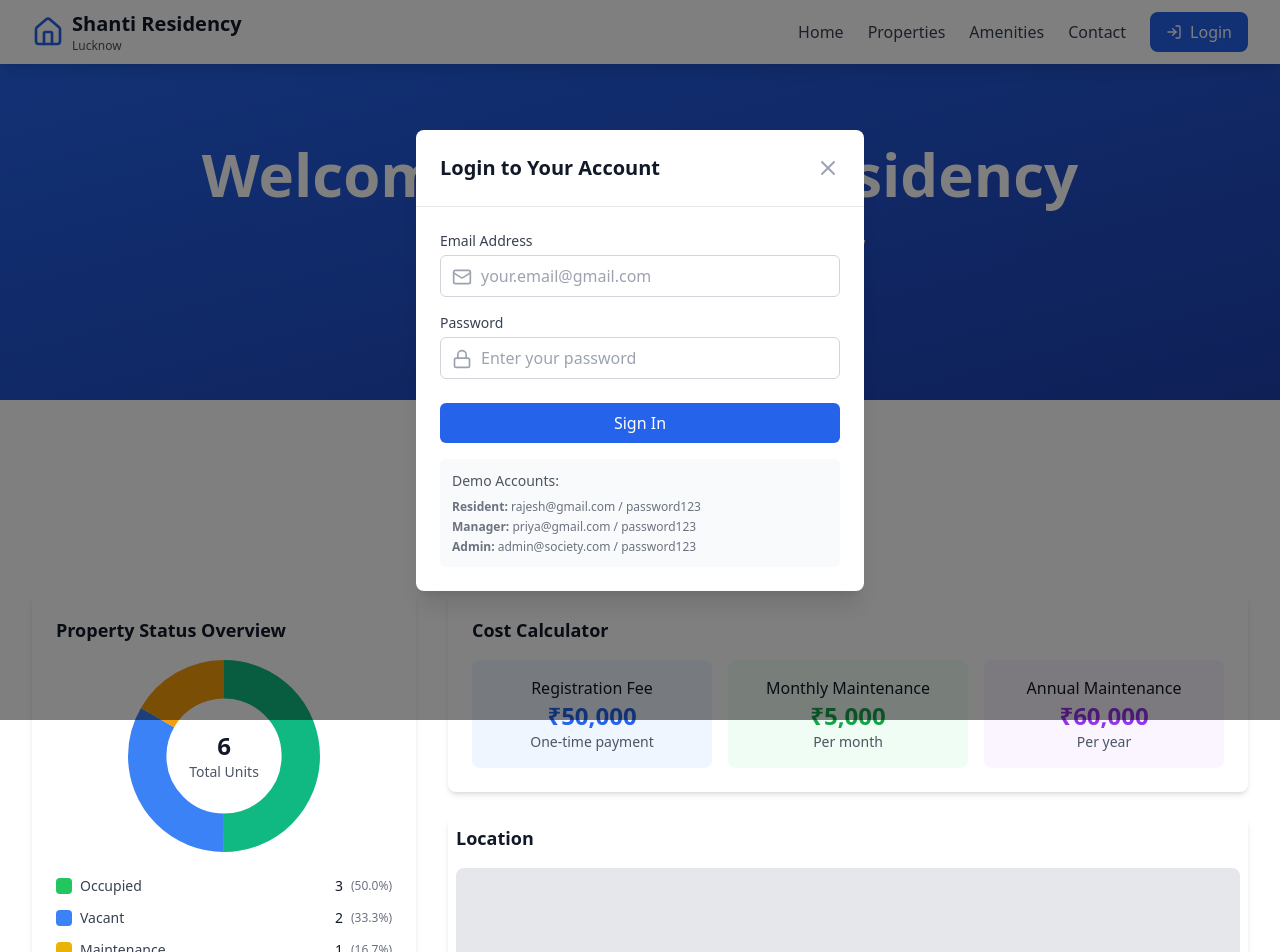
Repository: GauraVPandeyyy/HouseHub
Page: /, after clicking the first element matching `button.flex`
The author's editor kept a copy of each file at every save. The page is drawn from the files as they stood at one save, then again after the next save.
The browser window is 1280 px wide. The pictures show the part of the page from y = 0 to 952 px (the page is 3986 px tall).
Pictures or frames that could not be fetched are drawn as grey boxes. The project was rebuilt for these pictures with package versions that can differ from the ones it lists, and the page was loaded fresh each time. Also part of the build but not shown: vite.config.ts, src/components/Dashboard/ResidentDashboard.tsx, src/components/Dashboard/ManagerDashboard.tsx.

Above is the page before, as saved 2025-07-27 12:03:51.

After the next save:
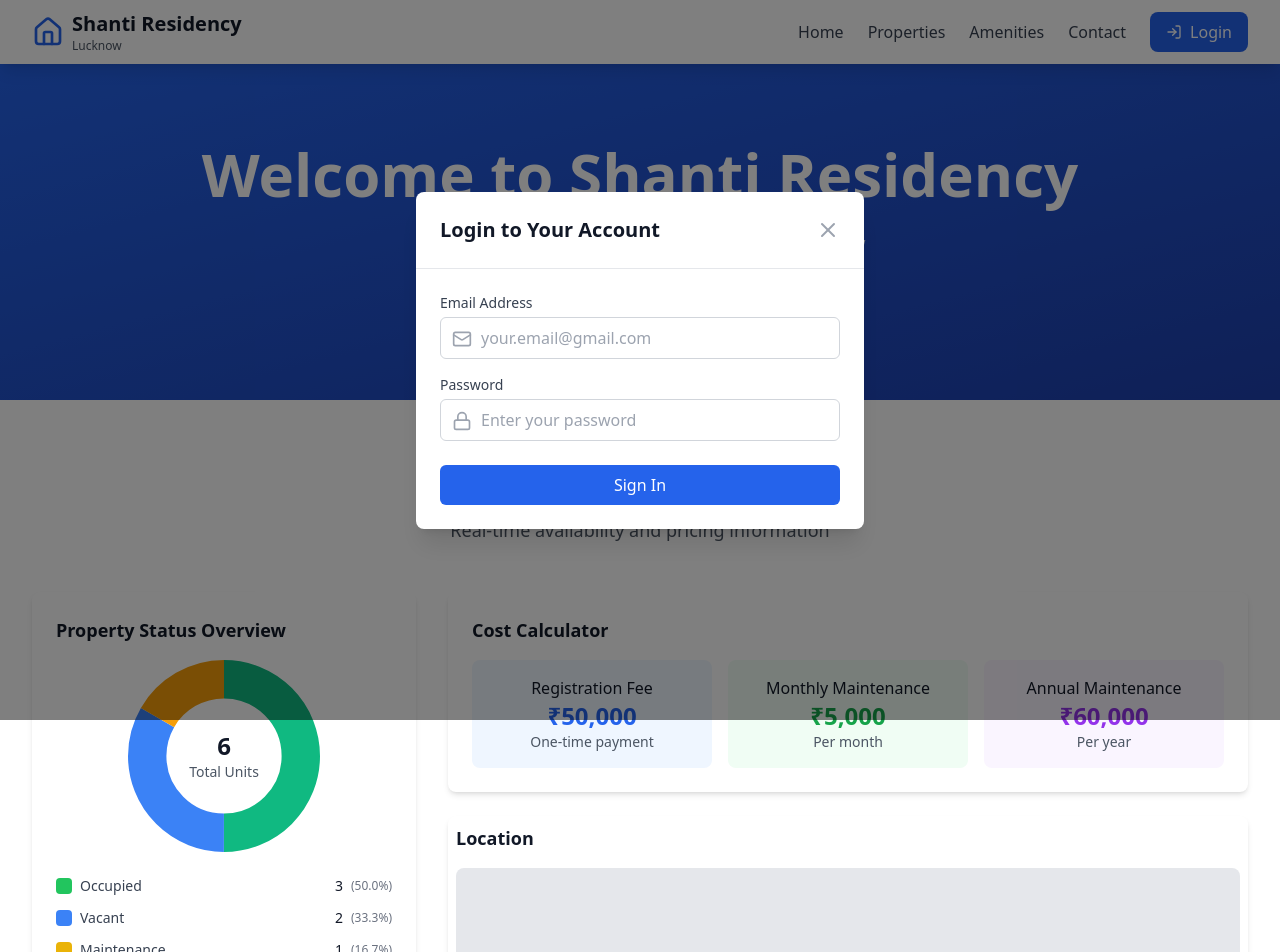
Saved 4 min 35 s later.
--- a/src/components/Auth/LoginModal.tsx
+++ b/src/components/Auth/LoginModal.tsx
@@ -94,14 +94,14 @@ export default function LoginModal({ isOpen, onClose }: LoginModalProps) {
             {isLoading ? 'Signing In...' : 'Sign In'}
           </button>
 
-          <div className="mt-4 p-3 bg-gray-50 rounded-md">
+          {/* <div className="mt-4 p-3 bg-gray-50 rounded-md">
             <p className="text-sm text-gray-600 font-medium mb-2">Demo Accounts:</p>
             <div className="space-y-1 text-xs text-gray-500">
               <div><strong>Resident:</strong> rajesh@gmail.com / password123</div>
               <div><strong>Manager:</strong> priya@gmail.com / password123</div>
               <div><strong>Admin:</strong> admin@society.com / password123</div>
             </div>
-          </div>
+          </div> */}
         </form>
       </div>
     </div>
